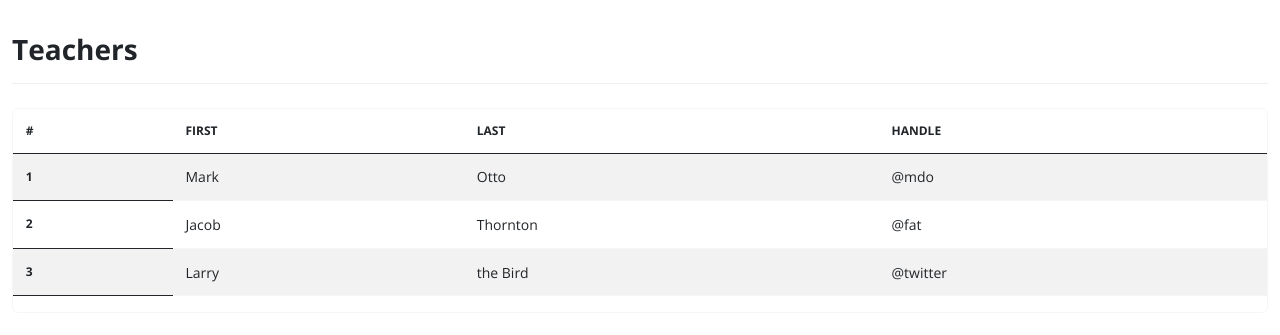
Repository: dimitri0004/Moodle
Page: http://localhost/enseignant/projet/
The author's editor kept a copy of each file at every save. The page is drawn from the files as they stood at one save, then again after the next save.
The browser window is 1280 px wide. The pictures show the whole page.
The page is served by the project's application, run on Django 4.2 (manage.py). Other server files are loaded and not shown.

Above is the page before, as saved 2023-08-18 00:30:00.
Console error: TypeError: Cannot set properties of null (setting 'innerHTML')

### templates/Enseignant/index.html
{% extends "base.html" %}
{% block content %}

<div class="body d-flex py-lg-3 py-md-2">
    <div class="container-xxl">
        <div class="row">
            <div class="col-md-12">
                <div class="card border-0 mb-4 no-bg">
                    <div class="card-header py-3 px-0 d-flex align-items-center  justify-content-between border-bottom">
                        <h3 class=" fw-bold flex-fill mb-0">Teachers</h3>
                        <div class="dropdown px-2">
                            <button class="btn btn-primary dropdown-toggle" type="button" id="dropdownMenuButton1" data-bs-toggle="dropdown" aria-expanded="false">
                                Subject
                            </button>
                            <ul class="dropdown-menu  dropdown-menu-end" aria-labelledby="dropdownMenuButton1">
                              <li><a class="dropdown-item" href="#">Engineering</a></li>
                              <li><a class="dropdown-item" href="#">Power and Energy</a></li>
                              <li><a class="dropdown-item" href="#">Civil Law</a></li>
                              <li><a class="dropdown-item" href="#">Legal Advice</a></li>
                              <li><a class="dropdown-item" href="#">Health and Fitness</a></li>
                              <li><a class="dropdown-item" href="#">Hospitality</a></li>
                              <li><a class="dropdown-item" href="#">Aviation</a></li>
                              <li><a class="dropdown-item" href="#">Drawing</a></li>
                            </ul>
                        </div>
                        <div class="dropdown">
                            <button class="btn btn-primary dropdown-toggle" type="button" id="dropdownMenuButton2" data-bs-toggle="dropdown" aria-expanded="false">
                                Status
                            </button>
                            <ul class="dropdown-menu  dropdown-menu-end" aria-labelledby="dropdownMenuButton1">
                              <li><a class="dropdown-item" href="#">All</a></li>
                              <li><a class="dropdown-item" href="#">online</a></li>
                              <li><a class="dropdown-item" href="#">Popular</a></li>
                            </ul>
                        </div>
                    </div>
                </div>
            </div>
        </div>
        <div class="">
            <div class="col">
                <div class="card teacher-card">

                    <table class="table table-striped">
                        <thead>
                          <tr>
                            <th scope="col">#</th>
                            <th scope="col">First</th>
                            <th scope="col">Last</th>
                            <th scope="col">Handle</th>
                          </tr>
                        </thead>
                        <tbody>
                          <tr>
                            <th scope="row">1</th>
                            <td>Mark</td>
                            <td>Otto</td>
                            <td>@mdo</td>
                          </tr>
                          <tr>
                            <th scope="row">2</th>
                            <td>Jacob</td>
                            <td>Thornton</td>
                            <td>@fat</td>
                          </tr>
                          <tr>
                            <th scope="row">3</th>
                            <td>Larry</td>
                            <td>the Bird</td>
                            <td>@twitter</td>
                          </tr>
                        </tbody>
                      </table>

            </div>
        </div>
    </div>
</div>

<!-- Modal Members-->
<div class="modal fade" id="addUser" tabindex="-1" aria-labelledby="addUserLabel" aria-hidden="true">
    <div class="modal-dialog modal-dialog-centered modal-lg">
    <div class="modal-content">
        <div class="modal-header">
            <h5 class="modal-title  fw-bold" id="addUserLabel">Invite Friend's</h5>
            <button type="button" class="btn-close" data-bs-dismiss="modal" aria-label="Close"></button>
        </div>
        <div class="modal-body">
            <div class="inviteby_email">
                <div class="input-group mb-3">
                    <input type="text" class="form-control" placeholder="Members Invite" aria-label="Recipient's username" aria-describedby="button-addon2">
                    <button class="btn btn-dark" type="button" id="button-addon2">Members Invite</button>
                </div>
            </div>
            <div class="members_list">
                <h6 class="fw-bold ">Members of e-Learn</h6>
                <ul class="list-unstyled list-group list-group-custom list-group-flush mb-0">

                </ul>
            </div>
        </div>
    </div>
    </div>
</div>

{% endblock %}

### templates/base.html
{% load static %}
<!DOCTYPE html>
<html lang="en">
<head>
    <meta charset="UTF-8">
    <meta name="viewport" content="width=device-width, initial-scale=1.0">
    <title>Document</title>

    <link rel="icon" href="favicon.ico" type="image/x-icon"> <!-- Favicon-->

    <!-- plugin css file  -->
    <link rel="stylesheet" href="{% static 'assets/css/carousel.min.css' %}" />
    <!-- project css file  -->
    <link rel="stylesheet" href="{% static 'assets/css/e-learn.style.min.css' %}">
    <!-- Google Code  -->
    <script async src="https://www.googletagmanager.com/gtag/js?id=UA-264428387-1"></script>
    <script>
      window.dataLayer = window.dataLayer || [];
      function gtag(){dataLayer.push(arguments);}
      gtag('js', new Date());

      gtag('config', 'UA-264428387-1');
    </script>

    <script src="{% static 'assets/bundles/libscripts.bundle.js' %}"></script>

    <!-- Plugin Js-->
    <script src="{% static 'assets/bundles/carousel.bundle.js' %}"></script>
    <script src="{% static 'assets/bundles/apexcharts.bundle.js' %}"></script>

    <!-- Jquery Page Js -->
    <script src="{% static 'js/template.js' %}"></script>
    <script src="{% static 'js/page/elearn-index.js' %}"></script>
</head>
<body>
   {% if user.is_authenticated %}

    {% include "_partiels/nav.html" %}
   {% endif %}


    {% block content %}{% endblock %}
</body>
</html>

### AppEcole/views.py
from django.shortcuts import render,redirect
from django.core.validators import validate_email
from django.contrib.auth.models import User
from django.db.models import Q
from django.contrib.auth.decorators import login_required
from django.contrib.auth import authenticate, login, logout
from .forms import ProjetForm
from django.contrib.auth import get_user_model
from .models import Devoir

def index(request):
    return render(request,'index.html')

def inscription(request):
    error = False
    message = ""

    if request.method == "POST":
        username = request.POST.get('username')
        email = request.POST.get('email')
        nom = request.POST.get('nom')
        prenom = request.POST.get('prenom')
        password = request.POST.get('password')
        confirmePassword = request.POST.get('confirmePassword')
        role = request.POST.get('role')
        identifiant = request.POST.get('identifiant')
        date = request.POST.get('date')# Récupérer le rôle du formulaire

        try:
            validate_email(email)
        except:
            error = True
            message = "Entrer un email valide svp"

        User = get_user_model()  # Obtenir le modèle utilisateur personnalisé

        user = User.objects.filter(Q(email=email) | Q(username=username)).first()
        if user:
            error = True
            message = f"L'email {email} ou le nom d'utilisateur {nom} est déjà utilisé par un utilisateur"

        if password != confirmePassword:
            error = True
            message = "Les deux mots de passe ne sont pas identiques"

        if error == False:
            user = User(

                username=username,
                email=email,
                last_name=nom,
                first_name=prenom,
                identifiant=identifiant,
                role=role,
                birthdate=date# Enregistrer le rôle dans le modèle
            )
            user.set_password(password)
            user.save()
            return redirect('acceuil')

    context = {
        'error': error,
        'message': message
    }
    return render(request, 'Utilisateur/inscription.html', context)

def connexion(request):
    error=False
    message=""
    if request.method=="POST":

        email=request.POST.get('email', None)
        password=request.POST.get('password', None)

        User = get_user_model()
        user=User.objects.filter(email=email).first()
        if user:
            user=authenticate(username=user.username, password=password)
            if user:
                login(request, user)
                return redirect('acceuil')
            else:
                error=True
                message="mot de passe  incorrecte"
        else:
            error=True
            message="l'utilisateur n'existe pas"
    return render(request, 'Utilisateur/connexion.html', {'error':error, 'message':message})

def ajouter_projet(request):
    if request.method == 'POST':
        form = ProjetForm(request.POST, request.FILES)
        if form.is_valid():
            form.save()
            return redirect('ajouter_projet')  # Rediriger vers la liste des projets
    else:
        form = ProjetForm()

    context = {'form': form}
    return render(request, 'Enseignant/projet.html', context)

def liste_projets(request):
    projets = Devoir.objects.all()
    return render(request, 'Enseignant/index.html', {'projets': projets})


def deconnexion(request):
    logout(request)
    return redirect('login')
# Create your views here.

### MoodleProject/urls.py
"""
URL configuration for MoodleProject project.

The `urlpatterns` list routes URLs to views. For more information please see:
    https://docs.djangoproject.com/en/4.2/topics/http/urls/
Examples:
Function views
    1. Add an import:  from my_app import views
    2. Add a URL to urlpatterns:  path('', views.home, name='home')
Class-based views
    1. Add an import:  from other_app.views import Home
    2. Add a URL to urlpatterns:  path('', Home.as_view(), name='home')
Including another URLconf
    1. Import the include() function: from django.urls import include, path
    2. Add a URL to urlpatterns:  path('blog/', include('blog.urls'))
"""
from django.contrib import admin
from django.urls import path,include
from django.conf import settings
from django.conf.urls.static import static


urlpatterns = [
    path('admin/', admin.site.urls),
    path('', include('AppEcole.urls')),
]
if settings.DEBUG:
    urlpatterns += static(settings.MEDIA_URL,
    document_root=settings.MEDIA_ROOT)

### AppEcole/urls.py
from django.urls import path
from .views import index, inscription, connexion,ajouter_projet,deconnexion,liste_projets
urlpatterns = [
    path('acceuil', index, name='acceuil'),
    path('inscription/', inscription, name='register'),
    path('', connexion, name='login'),
    path('deconnexion/', deconnexion, name='logout'),
    path('enseignant/projet/ajouter', ajouter_projet, name='ajouter_projet'),
    path('enseignant/projet/', liste_projets, name='liste_projet'),


]

### static/assets/css/carousel.min.css
.owl-carousel,.owl-carousel .owl-item{-webkit-tap-highlight-color:transparent;position:relative}.owl-carousel{display:none;width:100%;z-index:1}.owl-carousel .owl-stage{position:relative;-ms-touch-action:pan-Y;-moz-backface-visibility:hidden}.owl-carousel .owl-stage:after{content:".";display:block;clear:both;visibility:hidden;line-height:0;height:0}.owl-carousel .owl-stage-outer{position:relative;overflow:hidden;-webkit-transform:translate3d(0, 0, 0)}.owl-carousel .owl-item,.owl-carousel .owl-wrapper{-webkit-backface-visibility:hidden;-moz-backface-visibility:hidden;-ms-backface-visibility:hidden;-webkit-transform:translate3d(0, 0, 0);-moz-transform:translate3d(0, 0, 0);-ms-transform:translate3d(0, 0, 0)}.owl-carousel .owl-item{min-height:1px;float:left;-webkit-backface-visibility:hidden;-webkit-touch-callout:none}.owl-carousel .owl-item img{display:block;width:100%}.owl-carousel .owl-dots.disabled,.owl-carousel .owl-nav.disabled{display:none}.no-js .owl-carousel,.owl-carousel.owl-loaded{display:block}.owl-carousel .owl-dot,.owl-carousel .owl-nav .owl-next,.owl-carousel .owl-nav .owl-prev{cursor:pointer;cursor:hand;-webkit-user-select:none;-khtml-user-select:none;-moz-user-select:none;-ms-user-select:none;user-select:none}.owl-carousel.owl-loading{opacity:0;display:block}.owl-carousel.owl-hidden{opacity:0}.owl-carousel.owl-refresh .owl-item{visibility:hidden}.owl-carousel.owl-drag .owl-item{-webkit-user-select:none;-moz-user-select:none;-ms-user-select:none;user-select:none}.owl-carousel.owl-grab{cursor:move;cursor:grab}.owl-carousel.owl-rtl{direction:rtl}.owl-carousel.owl-rtl .owl-item{float:right}.owl-carousel .animated{animation-duration:1s;animation-fill-mode:both}.owl-carousel .owl-animated-in{z-index:0}.owl-carousel .owl-animated-out{z-index:1}.owl-carousel .fadeOut{animation-name:fadeOut}@keyframes fadeOut{0%{opacity:1}100%{opacity:0}}.owl-height{transition:height .5s ease-in-out}.owl-carousel .owl-item .owl-lazy{opacity:0;transition:opacity .4s ease}.owl-carousel .owl-item img.owl-lazy{transform-style:preserve-3d}.owl-carousel .owl-video-wrapper{position:relative;height:100%;background:#000}.owl-carousel .owl-video-play-icon{position:absolute;height:80px;width:80px;left:50%;top:50%;margin-left:-40px;margin-top:-40px;background:url(owl.video.play.html) no-repeat;cursor:pointer;z-index:1;-webkit-backface-visibility:hidden;transition:transform .1s ease}.owl-carousel .owl-video-play-icon:hover{-ms-transform:scale(1.3, 1.3);transform:scale(1.3, 1.3)}.owl-carousel .owl-video-playing .owl-video-play-icon,.owl-carousel .owl-video-playing .owl-video-tn{display:none}.owl-carousel .owl-video-tn{opacity:0;height:100%;background-position:center center;background-repeat:no-repeat;background-size:contain;transition:opacity .4s ease}.owl-carousel .owl-video-frame{position:relative;z-index:1;height:100%;width:100%}

### static/js/template.js
if (typeof jQuery === "undefined") {
    throw new Error("jQuery plugins need to be before this file");
}

$(function() {
    "use strict";

    // main sidebar toggle js
    $('.menu-toggle').on('click', function () {
        $('.sidebar').toggleClass('open');
        $('.open').removeClass('sidebar-mini');
    });

    // layout a sidebar mini version
    $('.sidebar-mini-btn').on('click', function () {
        $('.sidebar').toggleClass('sidebar-mini');
        $('.sidebar-mini').removeClass('open');
    });

    // chat page chatlist toggle js
    $('.chatlist-toggle').on('click', function () {
        $('.card-chat').toggleClass('open');
    });

    $(".theme-rtl input").on('change',function() {
        if(this.checked) {
            $("body").addClass('rtl_mode');
        }else{
            $("body").removeClass('rtl_mode');
        }

    });

    // cSidebar overflow daynamic height

    overFlowDynamic();

    $(window).resize(function(){
        overFlowDynamic();
    });

    function overFlowDynamic(){
        var sideheight=$(".sidebar.sidebar-mini").height() + 48;

        if(sideheight <= 760) {
            $(".sidebar.sidebar-mini").css( "overflow", "scroll");
        }
        else{
            $(".sidebar.sidebar-mini").css( "overflow", "visible");
        }
    }


    // Dropdown scroll hide using table responsive

    $('.table-responsive').on('show.bs.dropdown', function () {
        $('.table-responsive').css( "overflow", "inherit" );
    });

    $('.table-responsive').on('hide.bs.dropdown', function () {
            $('.table-responsive').css( "overflow", "auto" );
    })

    // light and dark theme setting js
    var toggleSwitch = document.querySelector('.theme-switch input[type="checkbox"]');
    var toggleHcSwitch = document.querySelector('.theme-high-contrast input[type="checkbox"]');
    var currentTheme = localStorage.getItem('theme');
    if (currentTheme) {
        document.documentElement.setAttribute('data-theme', currentTheme);

        if (currentTheme === 'dark') {
            toggleSwitch.checked = true;
        }
        if (currentTheme === 'high-contrast') {
            toggleHcSwitch.checked = true;
            toggleSwitch.checked = false;
        }
    }
    function switchTheme(e) {
        if (e.target.checked) {
            document.documentElement.setAttribute('data-theme', 'dark');
            localStorage.setItem('theme', 'dark');
            $('.theme-high-contrast input[type="checkbox"]').prop("checked", false);
        }
        else {
            document.documentElement.setAttribute('data-theme', 'light');
            localStorage.setItem('theme', 'light');
        }
    }
    toggleSwitch.addEventListener('change', switchTheme, false);
    // end
});

// live support team js
$(function() {
    "use strict";
    var Tawk_API=Tawk_API||{}, Tawk_LoadStart=new Date();
    (function(){
        var s1=document.createElement("script"),s0=document.getElementsByTagName("script")[0];
        s1.async=true;
        s1.src='https://embed.tawk.to/6051a040f7ce18270930e55a/1f0vdjvfu';
        s1.charset='UTF-8';
        s1.setAttribute('crossorigin','*');
        s0.parentNode.insertBefore(s1,s0);
    })();
});

### static/js/page/elearn-index.js
if (typeof jQuery === "undefined") {
    throw new Error("jQuery plugins need to be before this file");
}
$(function() {
    "use strict";
    var tooltipTriggerList = [].slice.call(document.querySelectorAll('[data-bs-toggle="tooltip"]'))
    var tooltipList = tooltipTriggerList.map(function (tooltipTriggerEl) {
        return new bootstrap.Tooltip(tooltipTriggerEl)
    })

    /*****Owl Slider************/
    $(document).ready(function(){
        $('.owl-carouselone').owlCarousel({
            stagePadding: 30,
            loop:true,
            margin:10,
            nav:true,
            navText: ["<img src='../dist/assets/images/stylish-left.png'>","<img src='../dist/assets/images/stylish-right.png'>"],
            responsive:{
                0:{
                    items:1
                },
                480:{
                    items:3
                },
                600:{
                    items:3
                },
                740:{
                    items:6
                },
                1000:{
                    items:2
                },
                1100:{
                    items:3
                },
                1400:{
                    items:3
                },
                1500:{
                    items:4
                }
            }
        })

        $('.owl-carouseltwo').owlCarousel({
            loop:true,
            margin:5,
            autoplay:true,
            autoplayTimeout:4000,
            autoplayHoverPause:true,
            responsive:{
                0:{
                    items:1
                },
                480:{
                    items:1
                },
                600:{
                    items:1
                },
                1000:{
                    items:2
                },
                1100:{
                    items:2
                },
                1400:{
                    items:3
                }
            }
        })
    });

    // basic-column
    $(document).ready(function() {
        var options = {
            chart: {
                height: 350,
                type: 'bar',
            },
            colors: ['var(--chart-color1)', 'var(--chart-color2)', 'var(--chart-color4)'],
            plotOptions: {
                bar: {
                    horizontal: false,
                    columnWidth: '55%',
                    endingShape: 'rounded'
                },
            },
            dataLabels: {
                enabled: false
            },
            stroke: {
                show: true,
                width: 2,
                colors: ['transparent']
            },
            series: [{
                name: 'Listening',
                data: [44, 55, 57, 56, 61, 58, 63, 60, 66]
            }, {
                name: 'Writing',
                data: [76, 85, 101, 98, 87, 105, 91, 114, 94]
            }, {
                name: 'Video View',
                data: [35, 41, 36, 26, 45, 48, 52, 53, 41]
            }],
            xaxis: {
                categories: ['Feb', 'Mar', 'Apr', 'May', 'Jun', 'Jul', 'Aug', 'Sep', 'Oct'],
            },
            yaxis: {
                title: {
                    text: ''
                }
            },
            fill: {
                opacity: 1

            },
            tooltip: {
                y: {
                    formatter: function (val) {
                        return "$ " + val + " thousands"
                    }
                }
            }
        }

        var chart = new ApexCharts(
            document.querySelector("#apex-basic-column"),
            options
        );

        chart.render();
    });


});
/*****digital-clock************/
function date_time(id){
    date = new Date;
    h = date.getHours();
    if(h<10)
    {
            h = "0"+h;
    }
    m = date.getMinutes();
    if(m<10)
    {
            m = "0"+m;
    }
    s = date.getSeconds();
    if(s<10)
    {
            s = "0"+s;
    }
    document.getElementById("s").innerHTML = ''+s;
    document.getElementById("m").innerHTML = ''+m;
    document.getElementById("h").innerHTML = ''+h;
    setTimeout('date_time("'+"s"+'");','1000');
    return true;
}
window.onload = date_time('s');

Loaded but not shown: static/assets/css/e-learn.style.min.css (library); static/assets/bundles/libscripts.bundle.js (library); static/assets/bundles/carousel.bundle.js (library); static/assets/bundles/apexcharts.bundle.js (library)

After the next save:
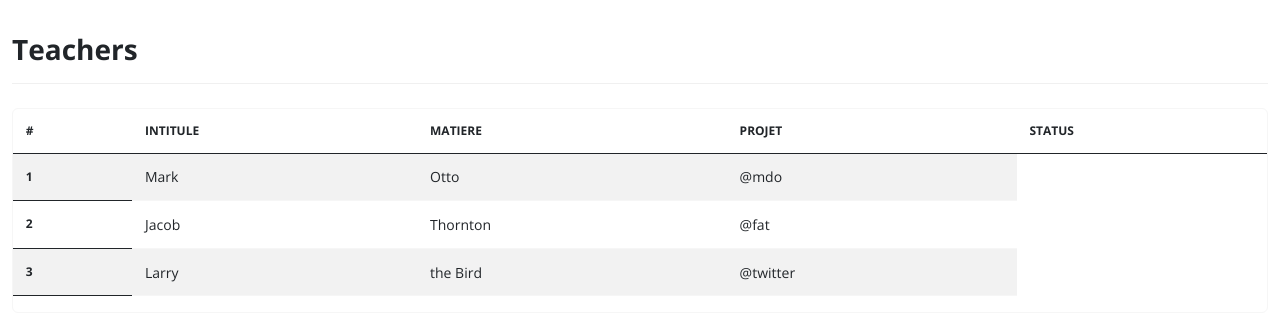
Saved 8 min 12 s later.
--- a/templates/Enseignant/index.html
+++ b/templates/Enseignant/index.html
@@ -45,9 +45,10 @@
                         <thead>
                           <tr>
                             <th scope="col">#</th>
-                            <th scope="col">First</th>
-                            <th scope="col">Last</th>
-                            <th scope="col">Handle</th>
+                            <th scope="col">Intitule</th>
+                            <th scope="col">Matiere</th>
+                            <th scope="col">Projet</th>
+                            <th scope="col">Status</th>
                           </tr>
                         </thead>
                         <tbody>
